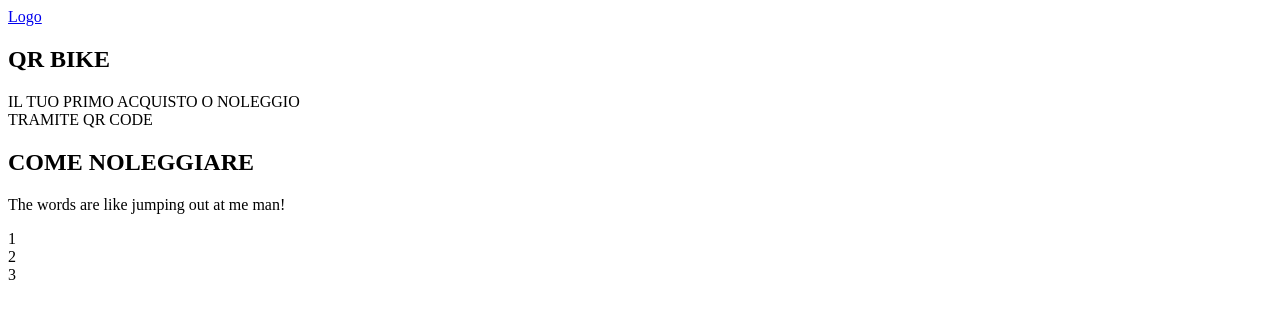
Repository: andrealepori/qrbike
Page: index.html
An editor plug-in stored every save of this project. The page is shown before and after the next save, followed by the edit.
The browser window is 1280 px wide. The pictures show the whole page.

Above is the page before, as saved 2020-09-16 15:44:37.

### index.html
<!DOCTYPE html>
<html lang="en">
<head>
    <meta charset="UTF-8">
    <meta name="viewport" content="width=device-width, initial-scale=1.0">
    <title>Home - QR BIKE</title>


	<link type="text/css" rel="stylesheet" href="css/style.css" />

</head>
<body>


  <header>
    <a href="#" id="logo">Logo</a>
  </header>

  <section id="hero1" class="hero">

    <div class="inner">
      <div class="copy">

      <h1 class="yellowtitle"> QR BIKE</h1>
      <p class="subtitle">IL TUO PRIMO ACQUISTO O NOLEGGIO <br> TRAMITE QR CODE</p>
      </div>
    </div>
  </section>





<section>

      <h1 class="titolo">COME NOLEGGIARE </h1>
      <p>The words are like jumping out at me man! </p>
      </div>
    </div>
  </section>



  <div class="support-grid"></div>

  <section class="grid-1">
    <div class="item-1">1</div>
    <div class="item-2">2</div>
    <div class="item-3">3</div>

  </section>






</body>
</html>

Loaded but not shown: style.css (no stored copy; drawn as an empty file)

After the next save:
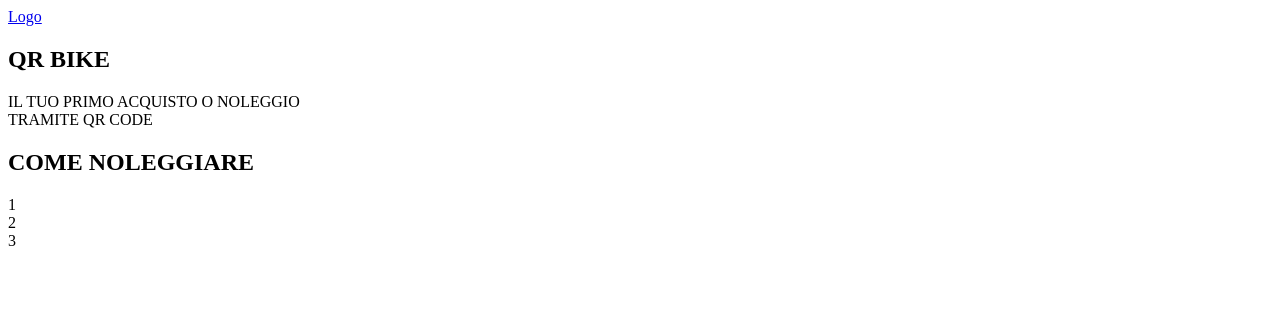
Saved 4 min 45 s later.
--- a/index.html
+++ b/index.html
@@ -34,8 +34,8 @@
 <section>
 
       <h1 class="titolo">COME NOLEGGIARE </h1>
-      <p>The words are like jumping out at me man! </p>
-      </div>
+
+    </div>
     </div>
   </section>
 
